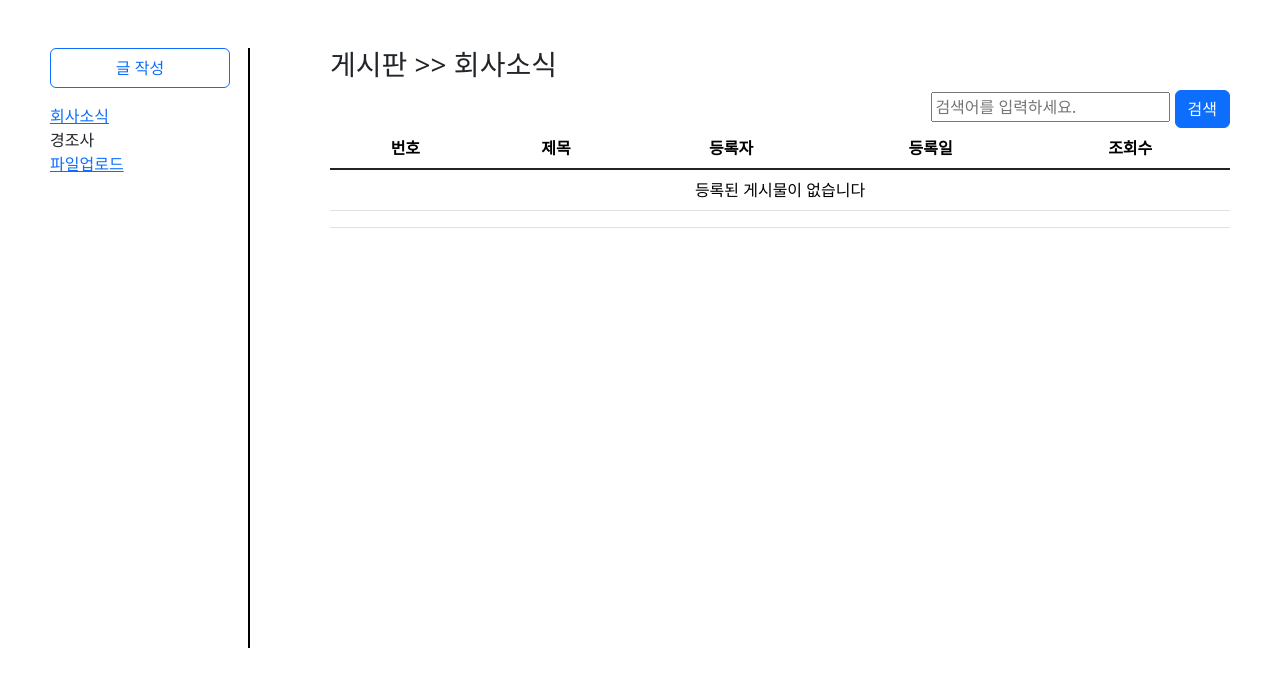
Repository: KimDongGyuu/final
Page: http://localhost/aceworks/WEB-INF/views/company_news/company_news_List.jsp
An editor plug-in stored every save of this project. The page is shown before and after the next save, followed by the edit.
The browser window is 1280 px wide. The pictures show the whole page.
The page is served by Tomcat 9. Nobody is signed in. Other server files are loaded and not shown. The template is opened directly, without the code that normally fills it, so the values that code supplies are empty.

Above is the page before, as saved 2024-03-17 04:01:35.

### aceworks/src/main/webapp/WEB-INF/views/company_news/company_news_List.jsp
<%@ page language="java" contentType="text/html; charset=UTF-8"
	pageEncoding="UTF-8"%>
<%@ include file="/WEB-INF/views/include/style.jsp"%>
<%@ taglib uri="http://java.sun.com/jsp/jstl/core" prefix="c"%>
<!DOCTYPE html>
<html>
<head>
<meta charset="UTF-8">
<title>Insert title here</title>
<style>
#left {
	width: 200px;
	height: 600px;
	float: left;
	border-right: 2px solid black;
	margin-left: 50px;
}

#right {
	width: 900px;
	height: 600px;
	margin-left: 330px;
}

#bt {
	width: 180px;
	height: 40px;
}


h3 {
	text-align: center;
}
</style>
</head>
<body>


	<div>
		<div id="left">
			<button id="bt" type="button" class="btn btn-outline-primary"
				onclick="location.href='company_news_Writeform.do';">글 작성</button>
<div class="mt-3"><a href="company_news_List.do">회사소식</a> <br> 경조사 <br><a href="fileUploadForm.do">파일업로드</a></div>
		</div>
		<div id="right">
		<div class="mt-5 mb-2"><span class="h3">게시판 &gt;&gt; 회사소식</span></div>
<div class="mt-2 d-flex gap-2 justify-content-end">
    <form action="company_newsSearch.do">
        <input type="text" id="searchKeyword" name="keyword" placeholder="검색어를 입력하세요." style="width:40% height: 30px;">
        <button id="Sbt" type="submit" class="btn btn btn-primary">검색</button>
    </form>
</div>
			<table width="1000" cellspacing="0" class="table table-hover">
				<thead>
					<tr align="center">
						<th scope="col">번호</th>
						<th scope="col">제목</th>
						<th scope="col">등록자</th>
						<th scope="col">등록일</th>
						<th scope="col">조회수</th>
					</tr>
				</thead>

				<tbody class="table-group-divider">
					<c:if test="${empty lists }">
						<tr>
							<td colspan="5" align="center">등록된 게시물이 없습니다</td>
						</tr>
					</c:if>

					<c:forEach var="dto" items="${lists }">
						<tr class="text-center">
							<th scope="row">${dto.news_idx }</th>
							<c:url var="company_newsContentUrl"
								value="company_news_Content.do">
								<c:param name="news_idx">${dto.news_idx }</c:param>
							</c:url>
							<td><a href="${company_newsContentUrl }">${dto.news_title }</a></td>
							<td>${dto.news_writer }</td>
							<td>${dto.news_writedate }</td>
							<td>${dto.news_readnum }</td>
						</tr>
					</c:forEach>
				</tbody>

				<tfoot>
					<tr>
						<td colspan="5" align="center">${pageStr }</td>
					</tr>
				</tfoot>
			</table>
		</div>
	</div>
</body>
</html>

### aceworks/src/main/webapp/WEB-INF/views/include/style.jsp
<%@ page language="java" contentType="text/html; charset=UTF-8"
    pageEncoding="UTF-8"%>
<!DOCTYPE html>
<html>
<head>
<meta charset="UTF-8">
<title>Insert title here</title>
<link
   href="https://cdn.jsdelivr.net/npm/bootstrap@5.3.3/dist/css/bootstrap.min.css"
   rel="stylesheet"
   integrity="sha384-QWTKZyjpPEjISv5WaRU9OFeRpok6YctnYmDr5pNlyT2bRjXh0JMhjY6hW+ALEwIH"
   crossorigin="anonymous">
<script
   src="https://cdn.jsdelivr.net/npm/bootstrap@5.3.3/dist/js/bootstrap.bundle.min.js"
   integrity="sha384-YvpcrYf0tY3lHB60NNkmXc5s9fDVZLESaAA55NDzOxhy9GkcIdslK1eN7N6jIeHz"
   crossorigin="anonymous"></script>
<script
   src="https://cdn.jsdelivr.net/npm/@popperjs/core@2.11.8/dist/umd/popper.min.js"
   integrity="sha384-I7E8VVD/ismYTF4hNIPjVp/Zjvgyol6VFvRkX/vR+Vc4jQkC+hVqc2pM8ODewa9r"
   crossorigin="anonymous"></script>
<script
   src="https://cdn.jsdelivr.net/npm/bootstrap@5.3.3/dist/js/bootstrap.min.js"
   integrity="sha384-0pUGZvbkm6XF6gxjEnlmuGrJXVbNuzT9qBBavbLwCsOGabYfZo0T0to5eqruptLy"
   crossorigin="anonymous"></script>
</head>
<body>

</body>
</html>

After the next save:
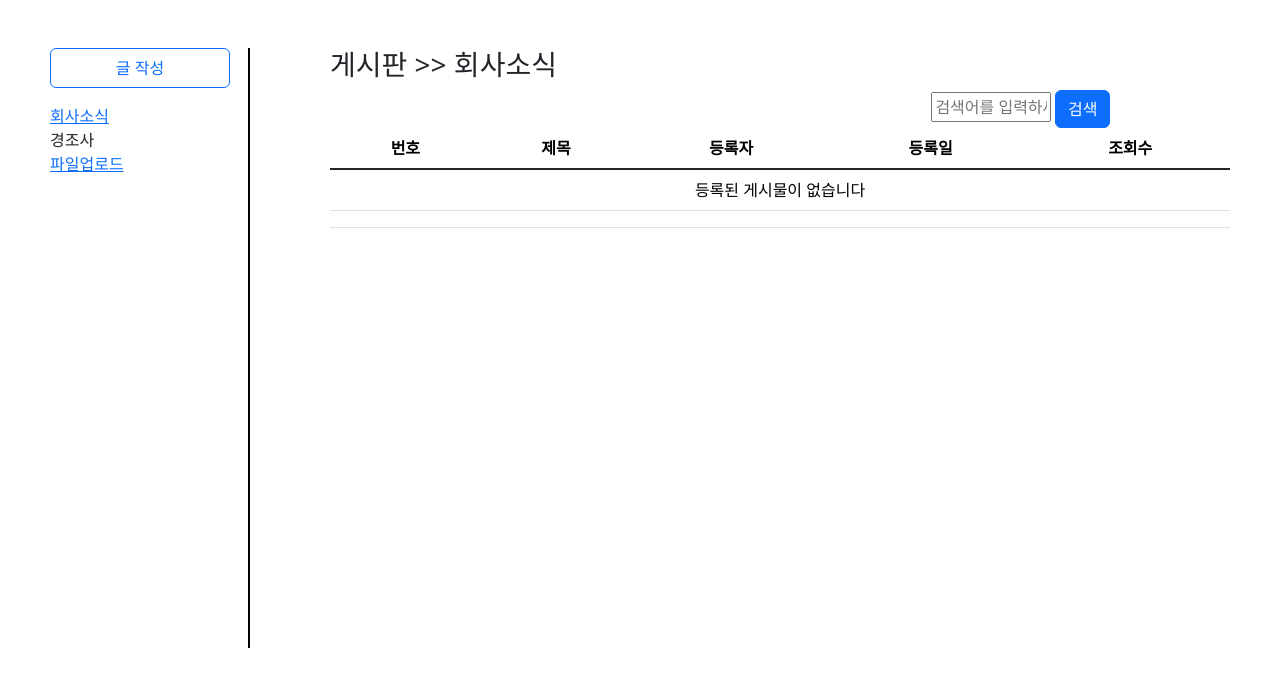
Saved 42 s later.
--- a/aceworks/src/main/webapp/WEB-INF/views/company_news/company_news_List.jsp
+++ b/aceworks/src/main/webapp/WEB-INF/views/company_news/company_news_List.jsp
@@ -26,7 +26,10 @@
 	width: 180px;
 	height: 40px;
 }
-
+#Sbt {
+	padding-top: 2px
+	height: 30px;
+}
 
 h3 {
 	text-align: center;
@@ -46,7 +49,7 @@ h3 {
 		<div class="mt-5 mb-2"><span class="h3">게시판 &gt;&gt; 회사소식</span></div>
 <div class="mt-2 d-flex gap-2 justify-content-end">
     <form action="company_newsSearch.do">
-        <input type="text" id="searchKeyword" name="keyword" placeholder="검색어를 입력하세요." style="width:40% height: 30px;">
+        <input type="text" id="searchKeyword" name="keyword" placeholder="검색어를 입력하세요." style="width:40%; height: 30px;">
         <button id="Sbt" type="submit" class="btn btn btn-primary">검색</button>
     </form>
 </div>
